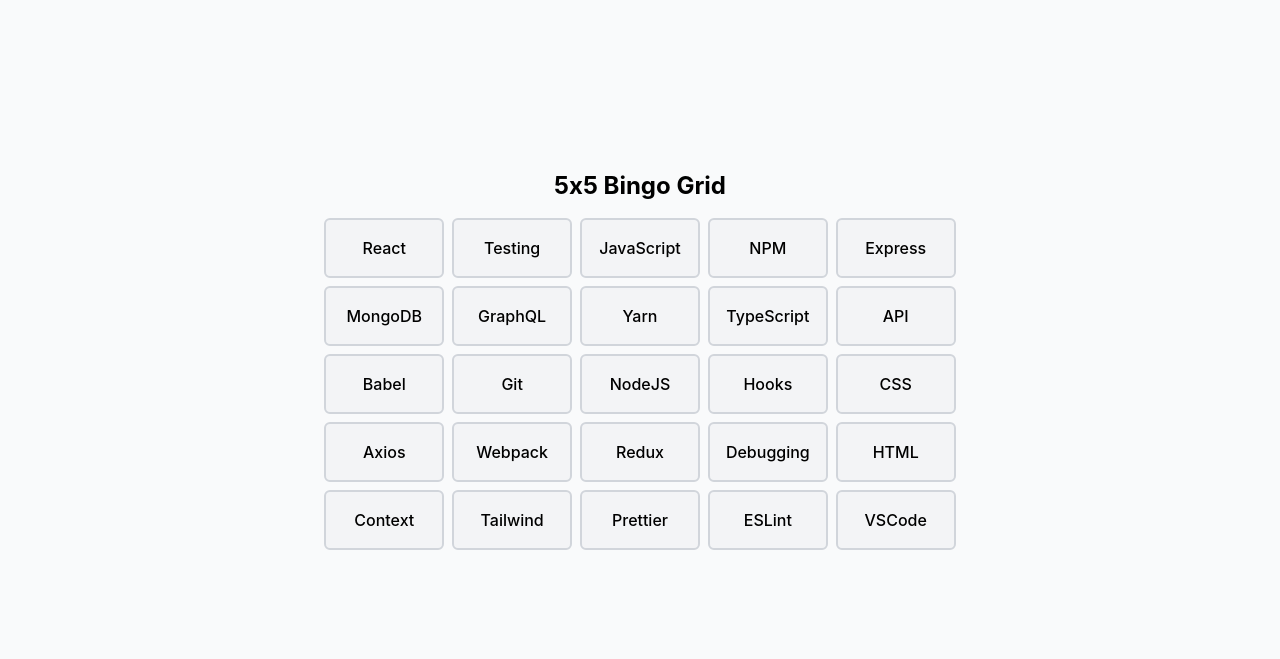
Repository: yassirbn/football-bingo
Page: /
The author's editor kept a copy of each file at every save. The page is drawn from the files as they stood at one save, then again after the next save.
The browser window is 1280 px wide. The pictures show the whole page.
The project was rebuilt for these pictures with package versions that can differ from the ones it lists, and the page was loaded fresh each time.

Above is the page before, as saved 2024-11-26 11:16:26.

After the next save:
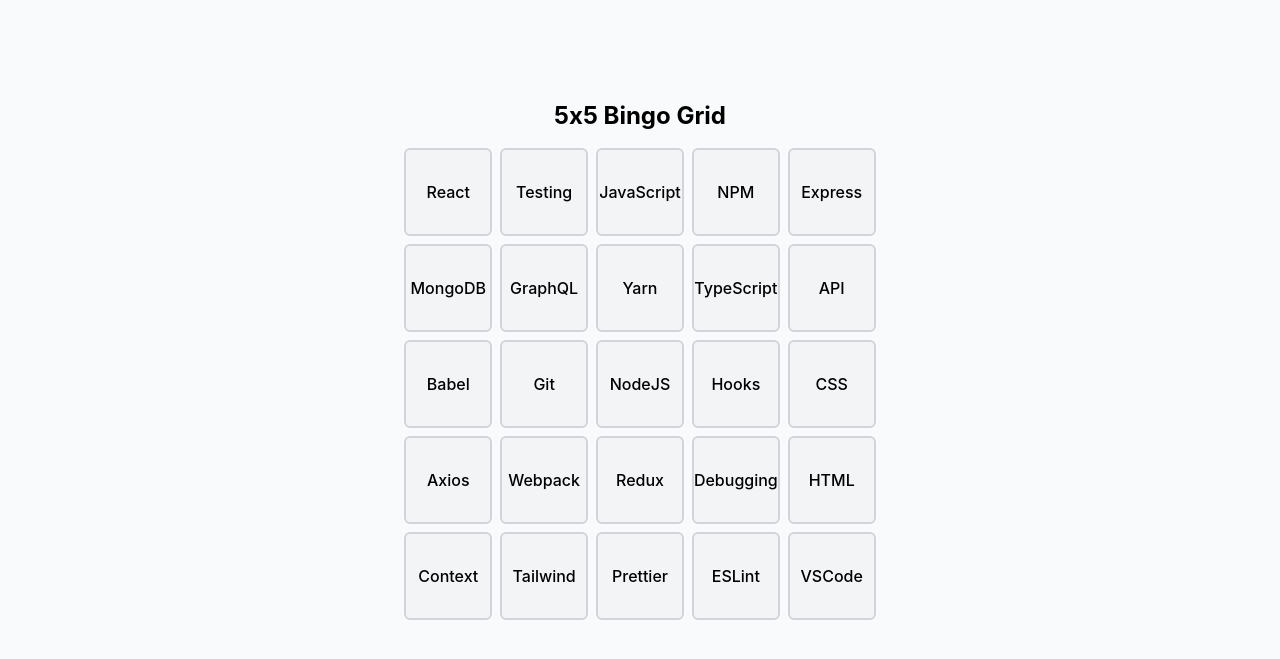
Saved 15 min 38 s later.
--- a/src/component/BingoGrid/BingoGrid.js
+++ b/src/component/BingoGrid/BingoGrid.js
@@ -19,16 +19,15 @@ const BingoGrid = ({ words }) => {
     <div className="p-4">
       <h1 className="text-center text-2xl font-bold mb-4">5x5 Bingo Grid</h1>
       <div
-        className="grid gap-2"
+        className={`grid gap-2`}
         style={{
-          gridTemplateColumns: `repeat(${gridSize}, 1fr)`,
-          gridTemplateRows: `repeat(${gridSize}, 1fr)`,
+          gridTemplateColumns: `repeat(${gridSize}, minmax(50px, 1fr))`,
         }}
       >
         {shuffledWords.map((word, index) => (
           <div
             key={index}
-            className="flex items-center justify-center border-2 border-gray-300 rounded-md p-4 bg-gray-100 hover:bg-blue-200 cursor-pointer text-center font-medium"
+            className="flex items-center justify-center border-2 border-gray-300 rounded-md bg-gray-100 hover:bg-blue-200 cursor-pointer text-center font-medium aspect-square"
           >
             {word}
           </div>
